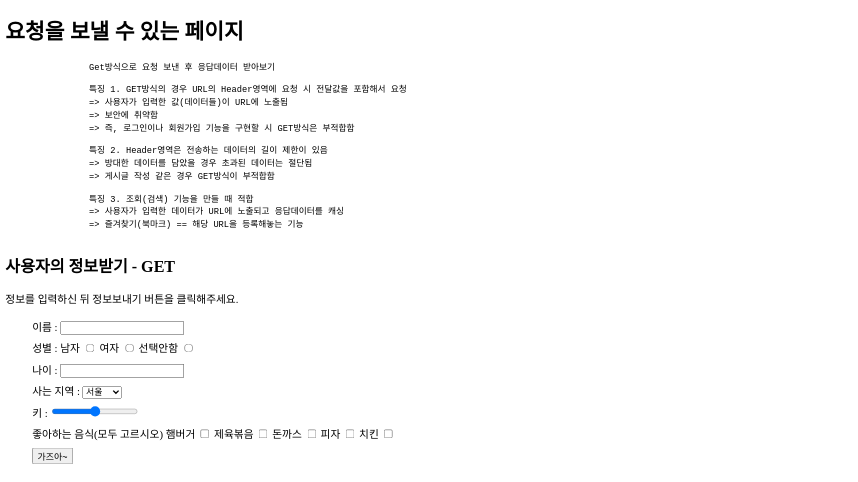
Repository: rlaehqkf/java_practice
Page: MyFirstWebProject/src/main/webapp/views/request_post.html
An editor plug-in stored every save of this project. The page is shown before and after the next save, followed by the edit.
The browser window is 1280 px wide. The pictures show the whole page, at 67% of full size.

Above is the page before, as saved 2026-05-06 00:17:58.

### MyFirstWebProject/src/main/webapp/views/request_post.html
<!DOCTYPE html>
<html>
<head>
<meta charset="UTF-8">
<title>요청을 보내야겠다~~</title>
<style>
	ul{
		list-style : none;
		line-height : 200%;
	}

</style>



</head>
<body>

	<h1>요청을 보낼 수 있는 페이지</h1>

	<pre>
		Get방식으로 요청 보낸 후 응답데이터 받아보기

		특징 1. GET방식의 경우 URL의 Header영역에 요청 시 전달값을 포함해서 요청
		=> 사용자가 입력한 값(데이터들)이 URL에 노출됨
		=> 보안에 취약함
		=> 즉, 로그인이나 회원가입 기능을 구현할 시 GET방식은 부적합함

		특징 2. Header영역은 전송하는 데이터의 길이 제한이 있음
		=> 방대한 데이터를 담았을 경우 초과된 데이터는 절단됨
		=> 게시글 작성 같은 경우 GET방식이 부적합함

		특징 3. 조회(검색) 기능을 만들 때 적합
		=> 사용자가 입력한 데이터가 URL에 노출되고 응답데이터를 캐싱
		=> 즐겨찾기(북마크) == 해당 URL을 등록해놓는 기능
	</pre>

	<h2> 사용자의 정보받기 - GET </h2>
	<p>정보를 입력하신 뒤 정보보내기 버튼을 클릭해주세요.</p>


	<!--
		form태그 안에 존재하는 submit타입의 버튼 클릭 시
		form태그의 속성 중 action속성에 작성된 URL로 요청을 보냄!!
		Controller로 요청을 보내야함 -> Servlet

		http://localhost:8088/first
	 -->


	<form method="get" action="http://localhost:8088/first/first.do" >
		<ul>
			<li>
				이름 : <input type="text" name="name"/>
			</li>
			<li>
				성별 :
				남자 <input type="radio" name="gender" value="남자" />
				여자 <input type="radio" name="gender" value="여자" />
				선택안함 <input type="radio" name="gender" value="선택 안 함" />
			</li>
			<li>
				나이 : <input type="number" name="age" />
			</li>
			<li>
				사는 지역 :
				<select name="city">
					<option>서울</option>
					<option value="제주도">제주도</option>
				</select>
			</li>
			<li>
				키 : <input type="range" min="130" max="220" name="height" />
			</li>
			<li>
				좋아하는 음식(모두 고르시오)
				햄버거 <input type="checkbox" name="food" value="햄버거" />
				제육볶음 <input type="checkbox" name="food" value="제육볶음" />
				돈까스 <input type="checkbox" name="food" value="돈까스" />
				피자 <input type="checkbox" name="food" value="피자" />
				치킨 <input type="checkbox" name="food" value="치킨" />
			</li>
			<li>
				<button type="submit">가즈아~</button>
			</li>
			<li>

			</li>
		</ul>
	</form>



	<!--

	<form method="get" action="http://localhost:8088/first/second.do" >
		<ul>
			<li>
				이름 : <input type="text" name="name" />
			</li>
			<li>
				포지션 :
				골키퍼 <input type="radio" name="position" />
				수비수 <input type="radio" name="position" />
				미드필더 <input type="radio" name="position" />
				공격수 <input type="radio" name="position" />
			</li>
			<li>
				키 : <input type="range" min="100" max="300" name="height"/>
			</li>
			<li>
				몸무게 : <input type="range" min="30" max="200" name="weight" />
			</li>
			<li>
				대륙 :
				아시아, 오세아니아 <input type="radio" name="continent" />
				유럽 <input type="radio" name="continent" />
				아메리카 <input type="radio" name="continent" />
				아프리카 <input type="radio" name="continent" />
			</li>
			<li>
				악세사리 :
				안경 <input type="checkbox" name="accessory">
				문신토시 <input type="checkbox" name="accessory">
				장화 <input type="checkbox" name="accessory">
				헬멧 <input type="checkbox" name="accessory">
			</li>
			<li>

			</li>
			<li>

			</li>
			<li>

			</li>
			<li>

			</li>
			<li>

			</li>




		</ul>
	</form>

	-->













</body>
</html>

After the next save:
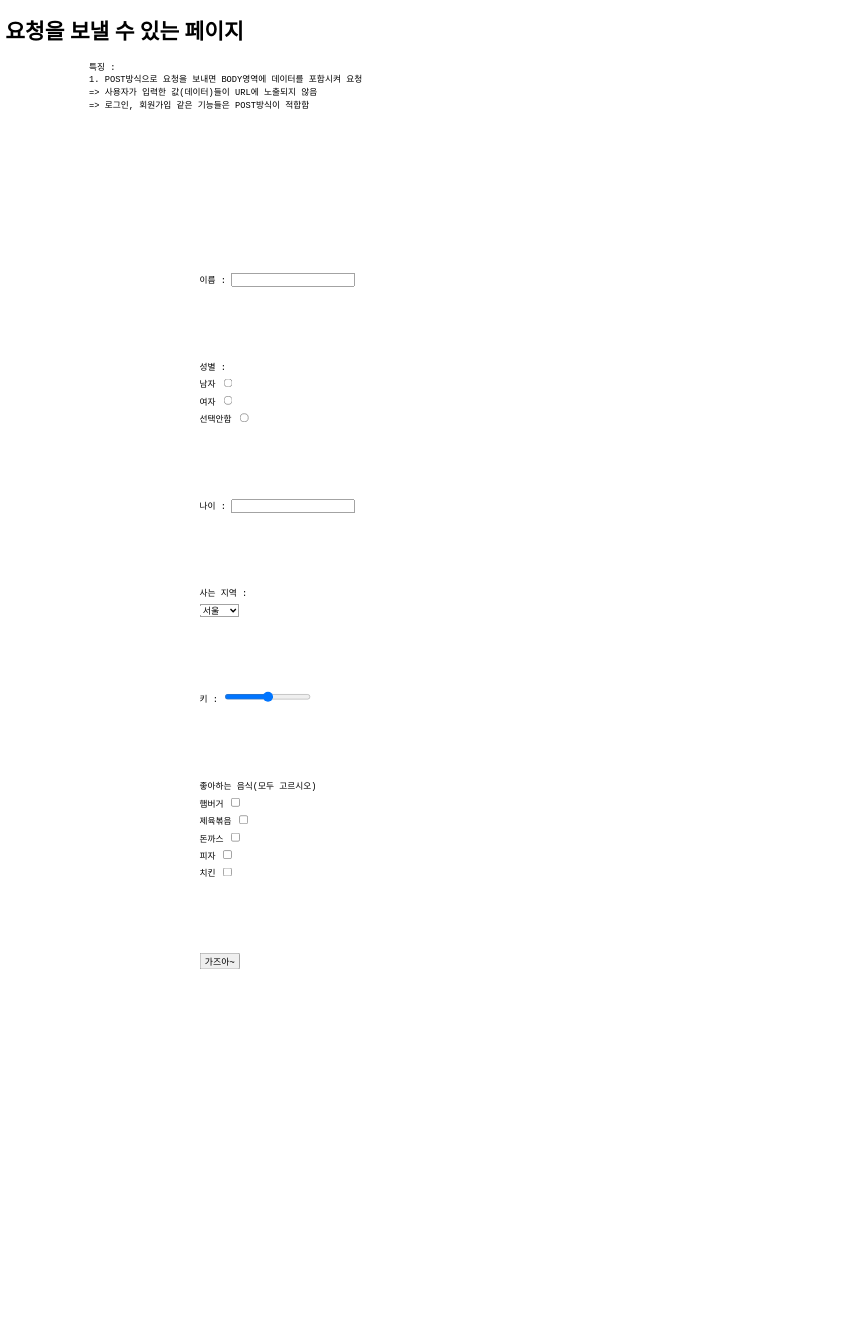
Saved 89 s later.
--- a/MyFirstWebProject/src/main/webapp/views/request_post.html
+++ b/MyFirstWebProject/src/main/webapp/views/request_post.html
@@ -19,24 +19,12 @@
 	<h1>요청을 보낼 수 있는 페이지</h1>
 
 	<pre>
-		Get방식으로 요청 보낸 후 응답데이터 받아보기
+		특징 :
+		1. POST방식으로 요청을 보내면 BODY영역에 데이터를 포함시켜 요청
+		=> 사용자가 입력한 값(데이터)들이 URL에 노출되지 않음
+		=> 로그인, 회원가입 같은 기능들은 POST방식이 적합함
 
-		특징 1. GET방식의 경우 URL의 Header영역에 요청 시 전달값을 포함해서 요청
-		=> 사용자가 입력한 값(데이터들)이 URL에 노출됨
-		=> 보안에 취약함
-		=> 즉, 로그인이나 회원가입 기능을 구현할 시 GET방식은 부적합함
 
-		특징 2. Header영역은 전송하는 데이터의 길이 제한이 있음
-		=> 방대한 데이터를 담았을 경우 초과된 데이터는 절단됨
-		=> 게시글 작성 같은 경우 GET방식이 부적합함
-
-		특징 3. 조회(검색) 기능을 만들 때 적합
-		=> 사용자가 입력한 데이터가 URL에 노출되고 응답데이터를 캐싱
-		=> 즐겨찾기(북마크) == 해당 URL을 등록해놓는 기능
-	</pre>
-
-	<h2> 사용자의 정보받기 - GET </h2>
-	<p>정보를 입력하신 뒤 정보보내기 버튼을 클릭해주세요.</p>
 
 
 	<!--
